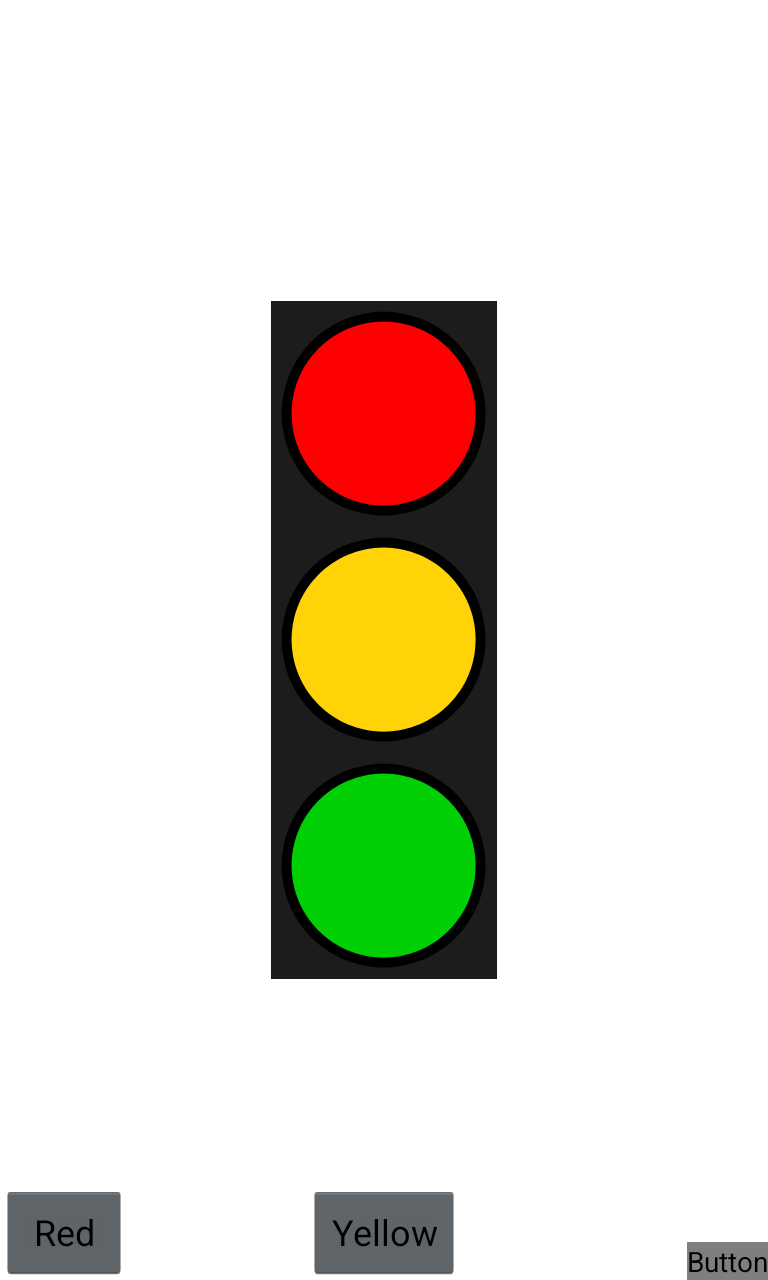
Repository: dalieu/UdemyAndroidDev
Layout: Traffic Lights/res/layout/traffic_lights.xml
These files come from the project's save history. The layout is drawn as it stood at one moment and after the next save; the edit follows.
Pictures or frames that could not be fetched are drawn as grey boxes. It is drawn on a 768 x 1280 px phone screen (xhdpi) without system bars, with theme android:Theme.Holo; the app's code is not run.

Above is the layout before, as saved 2014-09-09 07:14:35.

After the next save:
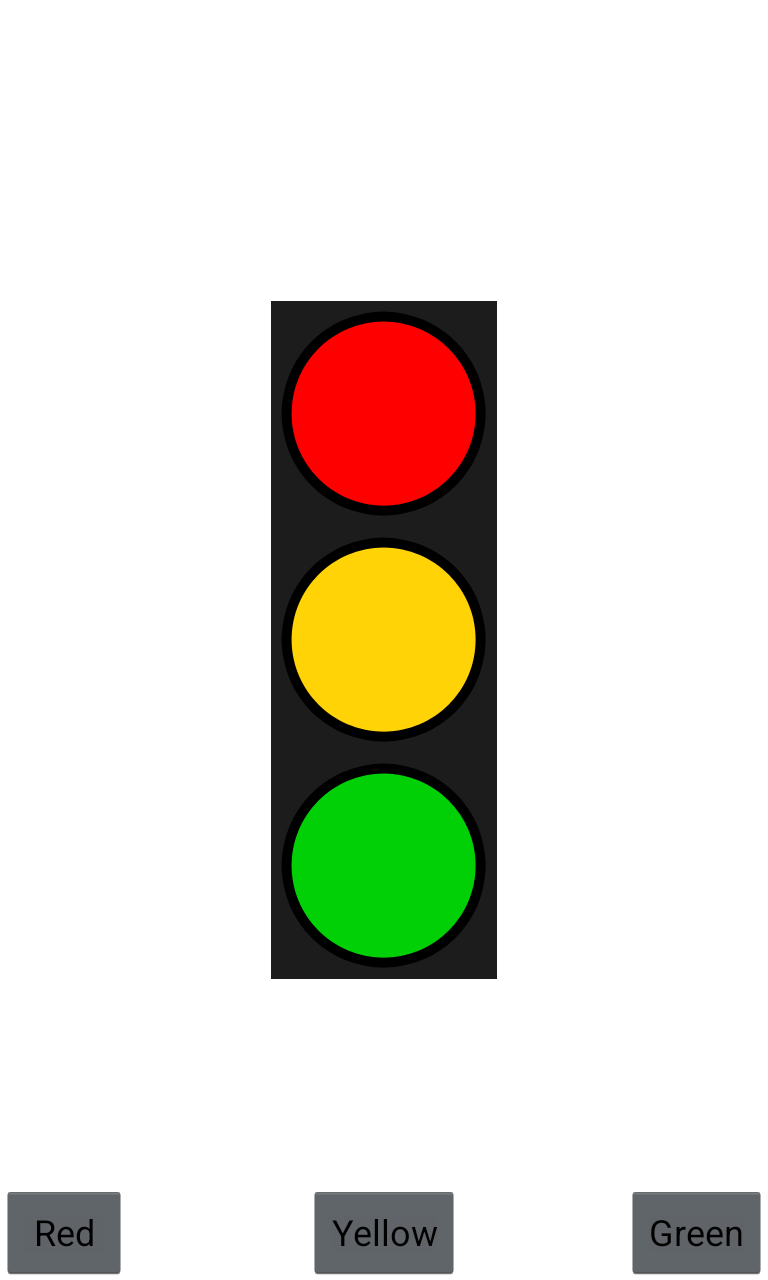
Saved 64 s later.
--- a/Traffic Lights/res/layout/traffic_lights.xml
+++ b/Traffic Lights/res/layout/traffic_lights.xml
@@ -53,6 +53,6 @@
         android:layout_alignParentBottom="true"
         android:layout_alignParentRight="true"
         android:text="Green"
-        android:textColor="@drawable/" />
+        android:textColor="#ff000000" />
 
 </RelativeLayout>
